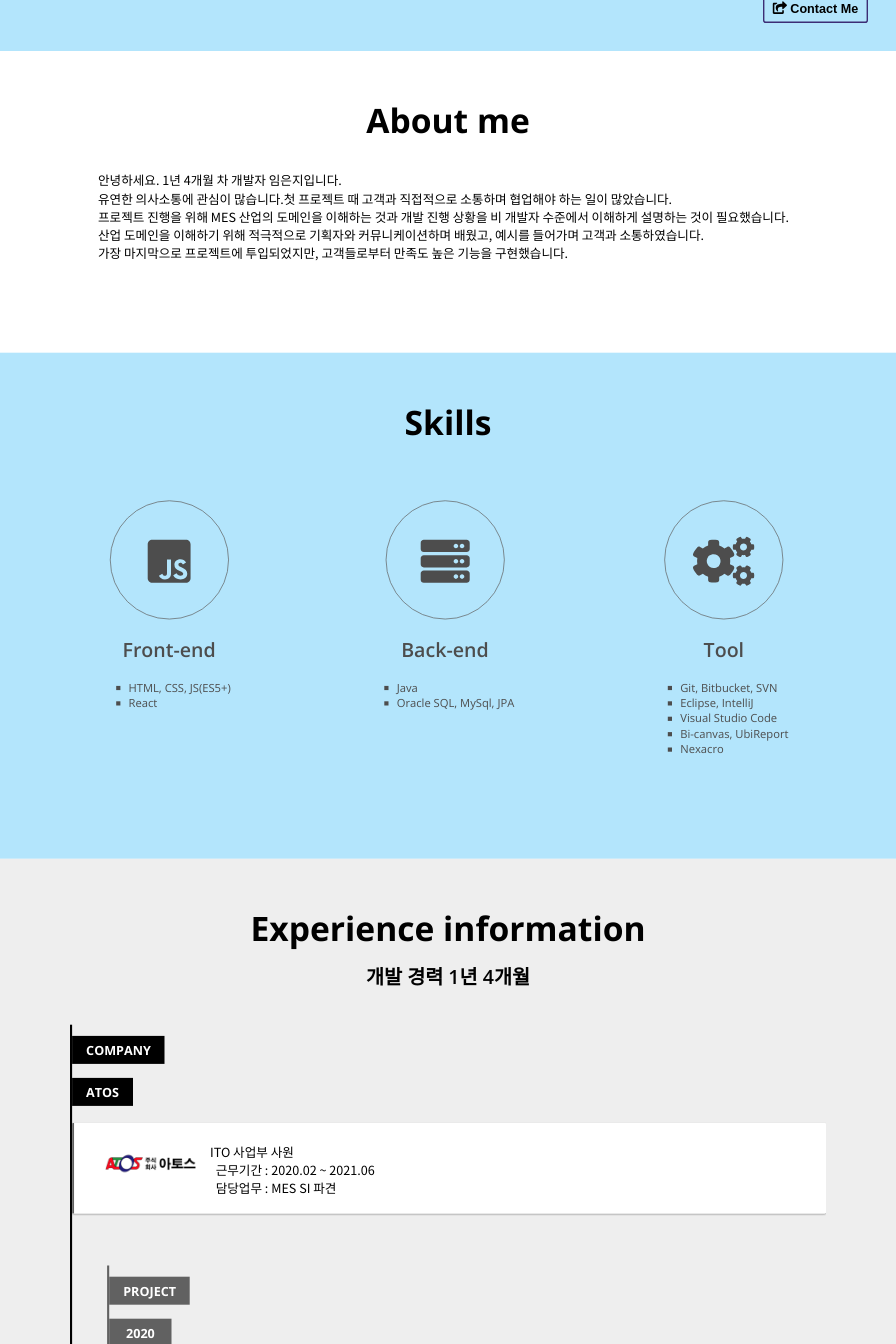
Repository: salangdung-i/portfolio
Page: index.html
The author's editor kept a copy of each file at every save. The page is drawn from the files as they stood at one save, then again after the next save.
The browser window is 1280 px wide. The pictures show the part of the page from y = 727 to 2647 px (the page is 5459 px tall before and 5485 px after), at 70% of full size.
Some web fonts or font styles are not loaded; a fallback is used. Some web libraries are served in a nearby version.

Above is the page before, as saved 2021-12-27 13:04:18.

After the next save:
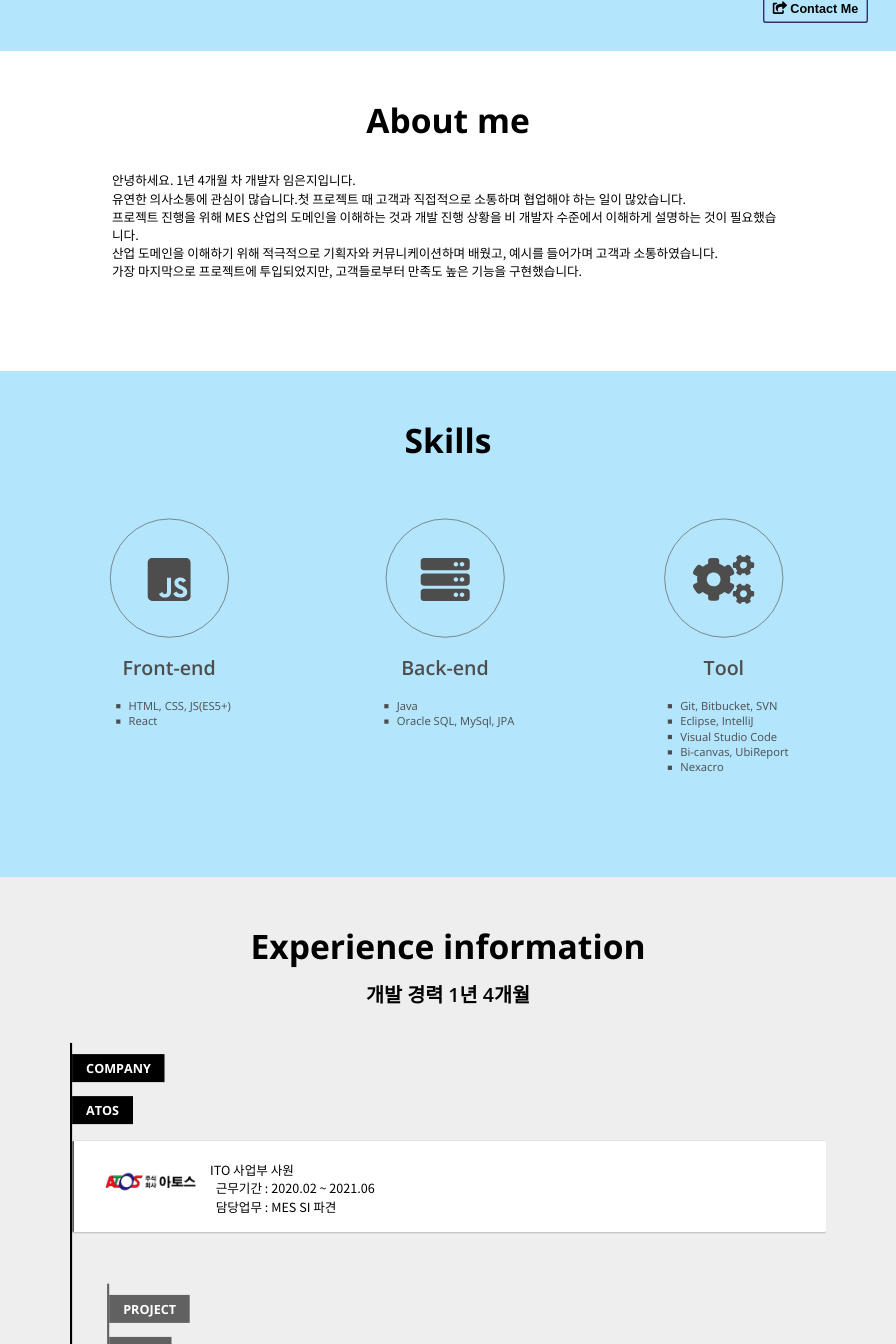
Saved 13 s later.
--- a/style.css
+++ b/style.css
@@ -224,7 +224,7 @@
 
 /* About */
 .about--text {
-  margin: 40px 50px 80px 50px;
+  margin: 40px 70px 80px 70px;
   text-align: left;
 }
 
